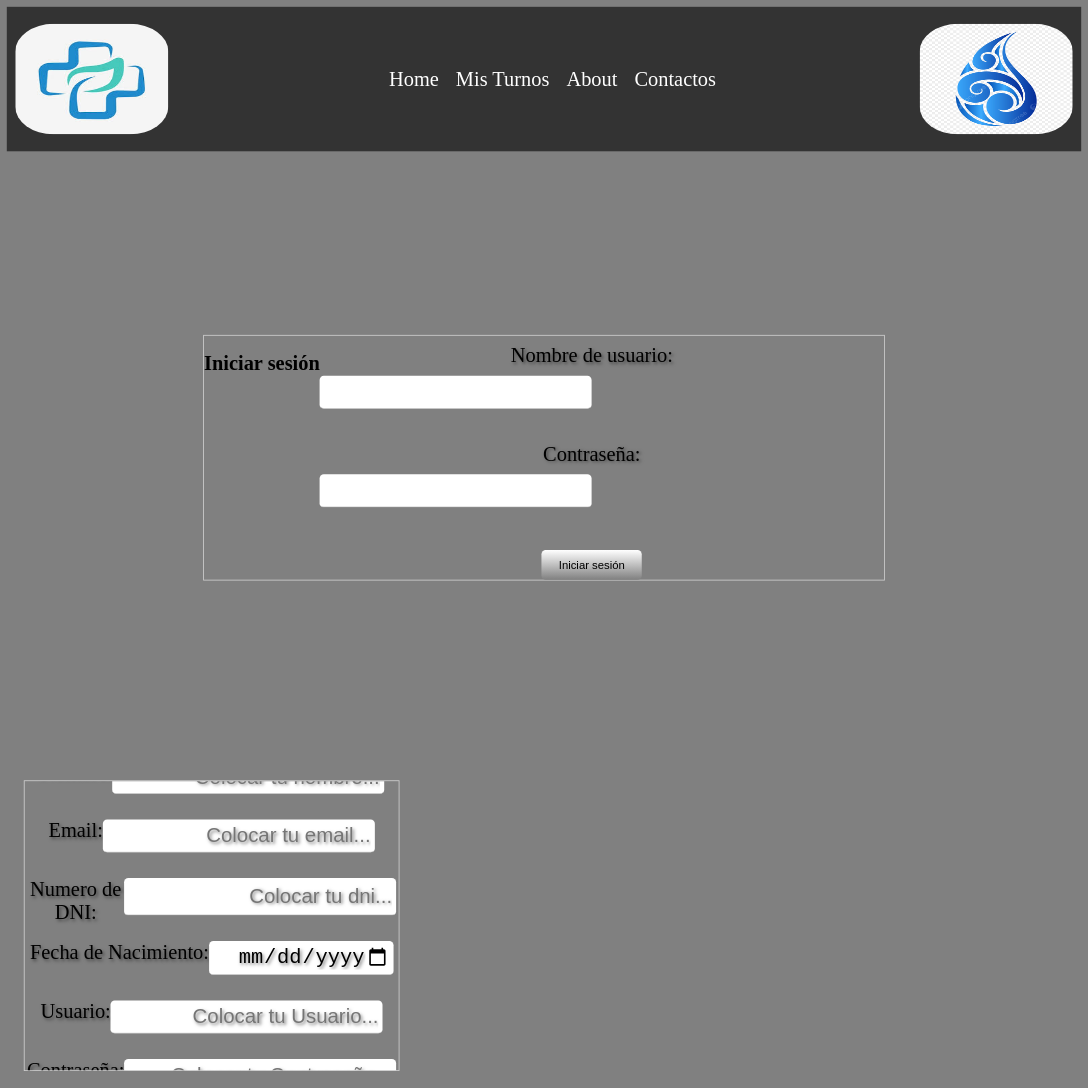
Repository: mauro8778/TurnoClinica
Page: / (app in front/vite-project/)
These files come from the project's save history. The page is drawn as it stood at one moment and after the next save; the edit follows.
The browser window is 1280 px wide. The pictures show the whole page, at 85% of full size.
The project was rebuilt for these pictures with package versions that can differ from the ones it lists, and the page was loaded fresh each time. Also part of the build but not shown: front/vite-project/vite.config.js.

Above is the page before, as saved 2024-04-14 14:01:38.

After the next save:
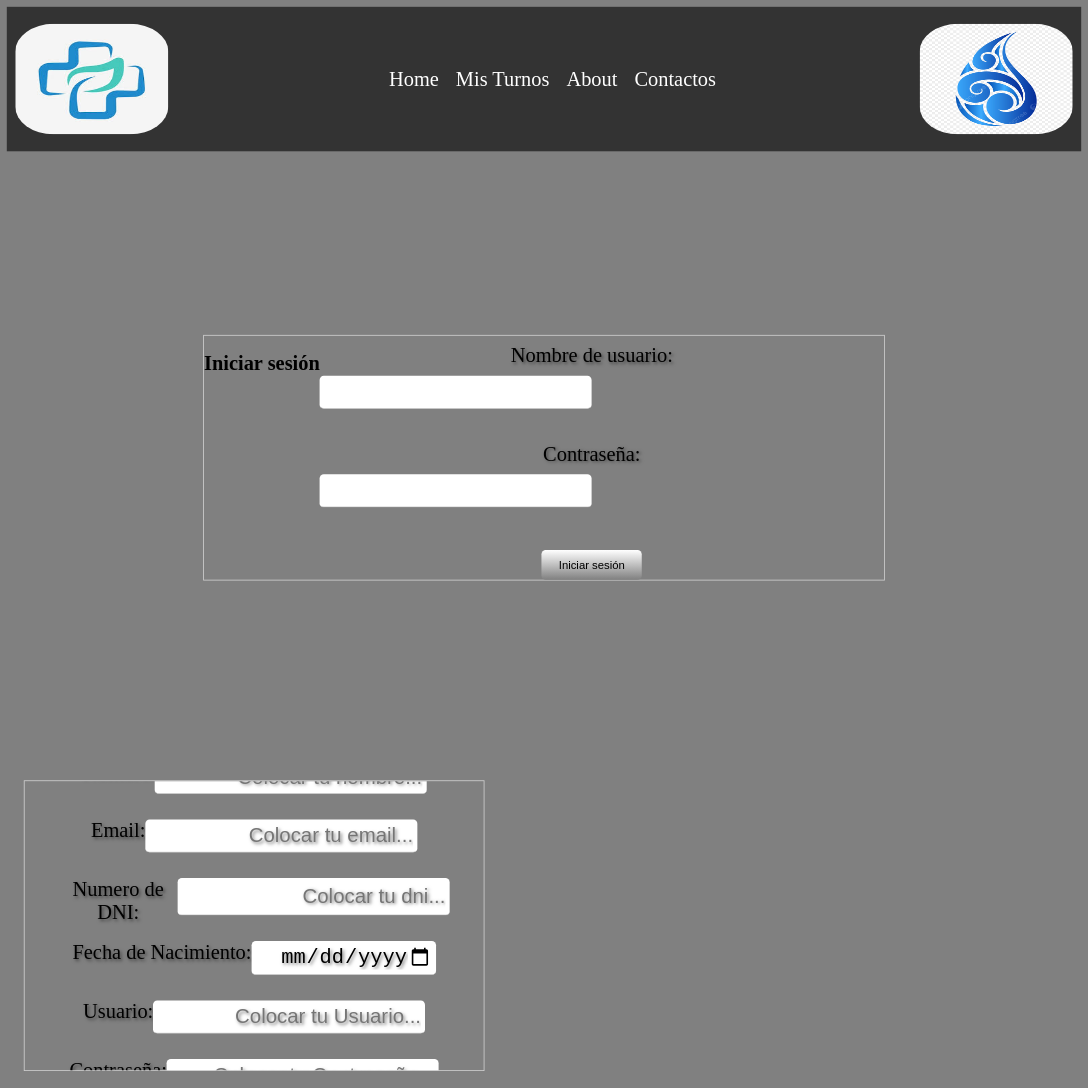
Saved 90 s later.
--- a/front/vite-project/src/views/Register/Register.css
+++ b/front/vite-project/src/views/Register/Register.css
@@ -3,7 +3,7 @@
     flex-direction: column;
     justify-content: center; /* Centra verticalmente */
     align-items: center; /* Centra horizontalmente */
-    width: 400px;
+    width: 500px;
     height: 300px;
     margin: 20px;
     padding: 20px;
